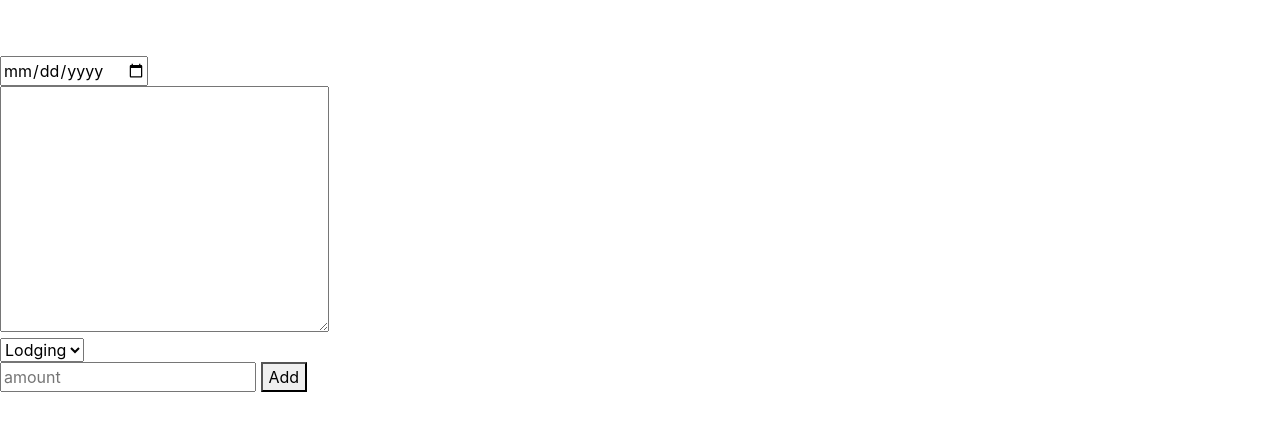
Repository: mileslacue/Project1
Page: Minimal Viable Product/Project1/ERS/src/main/webapp/partials/createReimbursement.html
These files come from the project's save history. The page is drawn as it stood at one moment and after the next save; the edit follows.
The browser window is 1280 px wide. The pictures show the whole page.
Some web libraries are served in a nearby version.

Above is the page before, as saved 2018-11-07 01:01:11.

After the next save:
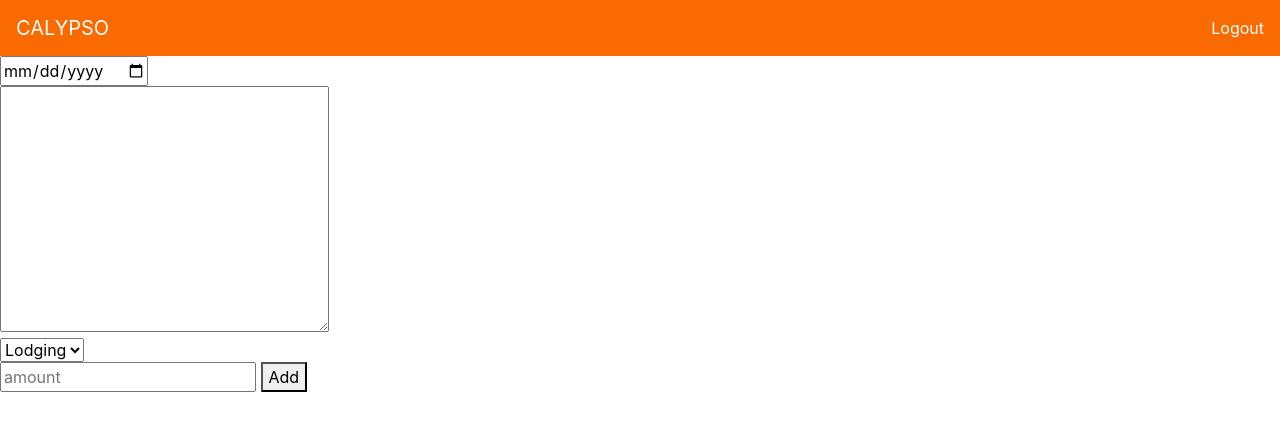
Saved 25 s later.
--- a/Minimal Viable Product/Project1/ERS/src/main/webapp/partials/createReimbursement.html
+++ b/Minimal Viable Product/Project1/ERS/src/main/webapp/partials/createReimbursement.html
@@ -9,6 +9,13 @@
 	href="https://stackpath.bootstrapcdn.com/bootstrap/4.1.3/css/bootstrap.min.css"
 	integrity="sha384-MCw98/SFnGE8fJT3GXwEOngsV7Zt27NXFoaoApmYm81iuXoPkFOJwJ8ERdknLPMO"
 	crossorigin="anonymous">
+	<style>
+nav {
+	background-color: #F96A00;
+}
+</style>
+
+	</head>
 <body>
 	<nav class="navbar navbar-light">
 		<a class="navbar-brand" href="#" style="color: white;"> CALYPSO
